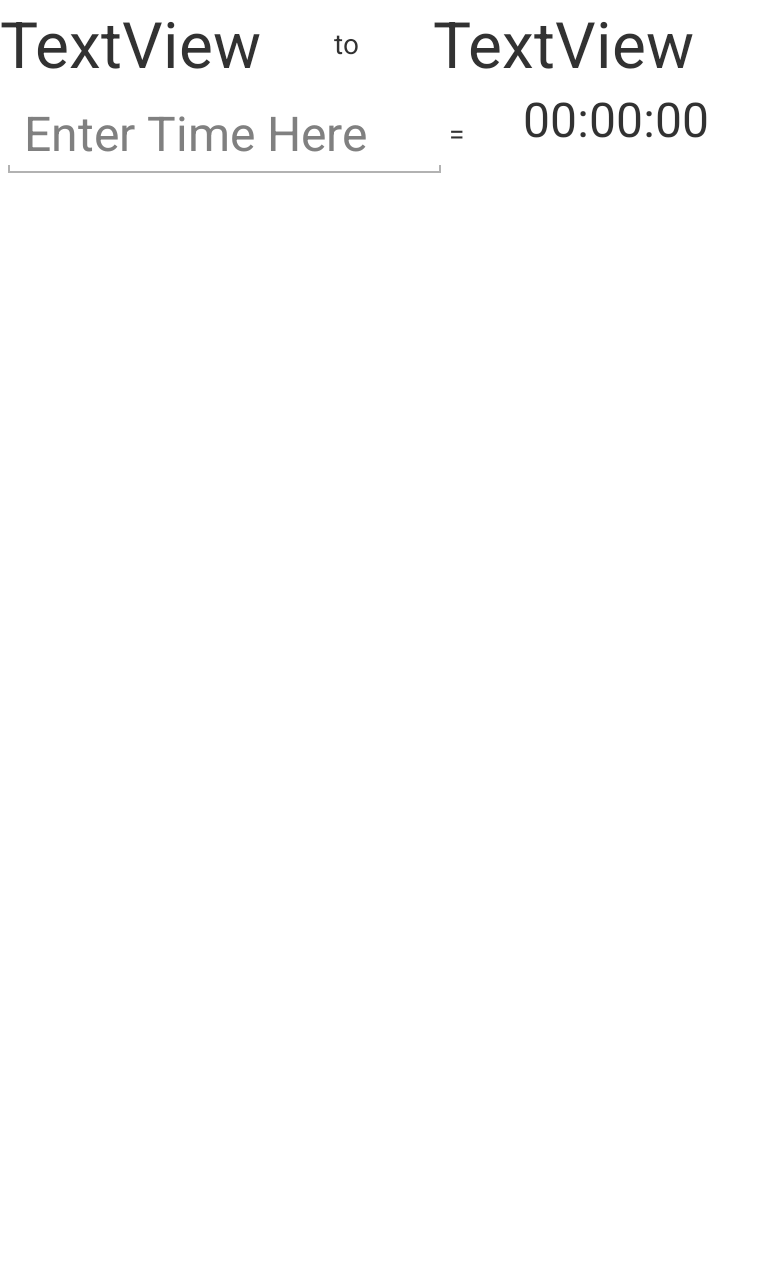
Repository: downinew/AndroidCoachesRaceTimer
Layout: CoachesRaceTimer/res/layout/convert_dialog.xml
The author's editor kept a copy of each file at every save. The layout is drawn from the files as they stood at one save, then again after a run of saves.
It is drawn on a 768 x 1280 px phone screen (xhdpi) without system bars, with theme AppTheme; the app's code is not run.

Above is the layout before, as saved 2015-02-19 02:21:36.

### CoachesRaceTimer/res/layout/convert_dialog.xml
<?xml version="1.0" encoding="utf-8"?>
<LinearLayout xmlns:android="http://schemas.android.com/apk/res/android"
    android:layout_width="match_parent"
    android:layout_height="match_parent"
    android:orientation="vertical" >

    <LinearLayout
        android:layout_width="match_parent"
        android:layout_height="wrap_content"
        android:orientation="horizontal">

        <TextView
            android:id="@+id/convertItem1"
            android:layout_width="wrap_content"
            android:layout_gravity="start"
            android:layout_weight="1"
            android:textSize="32sp"
            android:layout_height="wrap_content"
            android:text="TextView" />

        <TextView
            android:id="@+id/toText"
            android:layout_width="wrap_content"
            android:layout_weight="1"
            android:layout_gravity="center"
            android:layout_height="wrap_content"
            android:text="to" />

        <TextView
            android:id="@+id/convertItem2"
            android:layout_width="wrap_content"
            android:layout_gravity="end"
            android:layout_weight="1"
            android:textSize="32sp"
            android:layout_height="wrap_content"
            android:text="TextView" />

    </LinearLayout>
    <LinearLayout
        android:layout_width="match_parent"
        android:layout_height="wrap_content"
        android:orientation="horizontal">

        <EditText
            android:id="@+id/convertTime1"
            android:layout_width="wrap_content"
            android:layout_gravity="start"
            android:layout_weight="1"
            android:textSize="24sp"
            android:layout_height="wrap_content"
            android:hint="Enter Time Here" />

        <TextView
            android:id="@+id/equalText"
            android:layout_width="wrap_content"
            android:layout_weight="1"
            android:layout_gravity="center"
            android:layout_height="wrap_content"
            android:text="=" />

        <TextView
            android:id="@+id/convertTime2"
            android:layout_width="wrap_content"
            android:layout_gravity="end"
            android:layout_weight="1"
            android:textSize="24sp"
            android:layout_height="wrap_content"
            android:text="00:00:00" />

    </LinearLayout>




</LinearLayout>

Loaded but not shown: CoachesRaceTimer/res/values/styles.xml (common file); CoachesRaceTimer/res/values-v11/styles.xml (common file); CoachesRaceTimer/res/values-v14/styles.xml (common file)

After the next 2 saves:
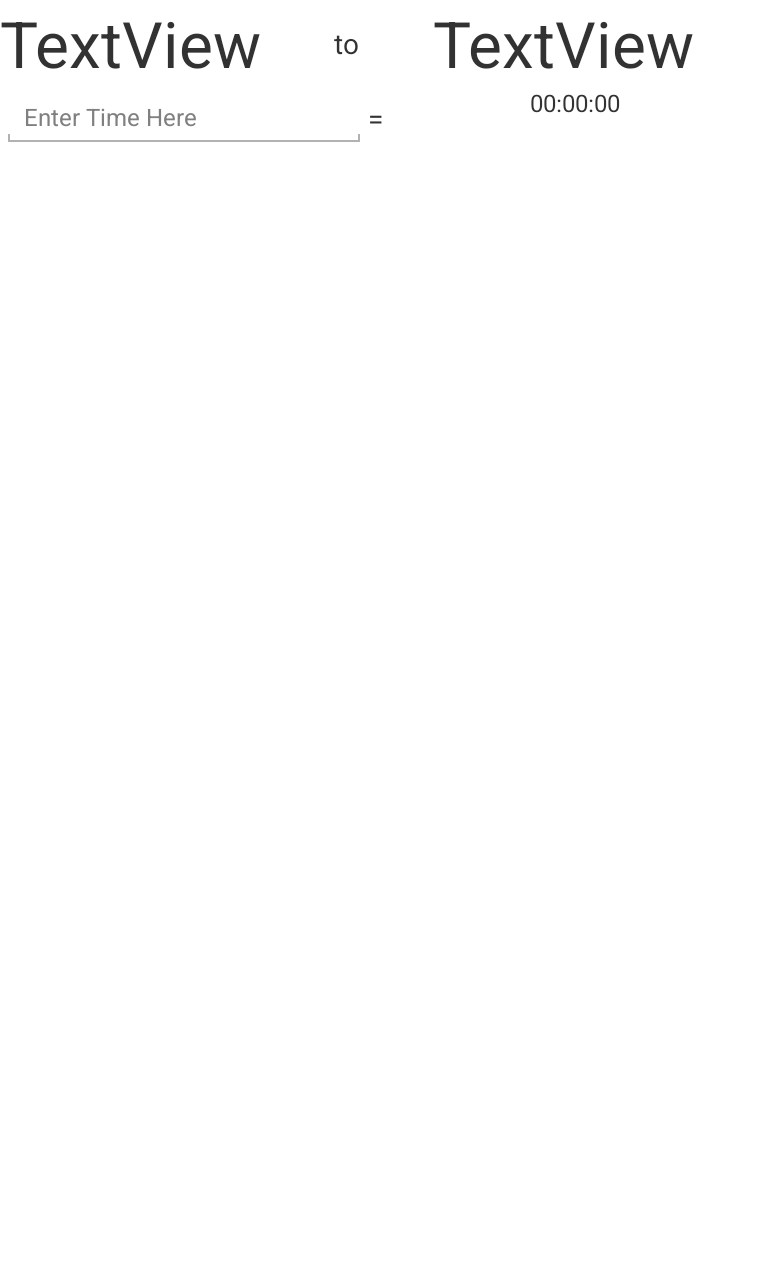
The 2 saves are shown as one change because they came seconds apart.
The last was saved 20 s later.
--- a/CoachesRaceTimer/res/layout/convert_dialog.xml
+++ b/CoachesRaceTimer/res/layout/convert_dialog.xml
@@ -46,7 +46,7 @@
             android:layout_width="wrap_content"
             android:layout_gravity="start"
             android:layout_weight="1"
-            android:textSize="24sp"
+            android:textSize="12sp"
             android:layout_height="wrap_content"
             android:hint="Enter Time Here" />
 
@@ -63,7 +63,7 @@
             android:layout_width="wrap_content"
             android:layout_gravity="end"
             android:layout_weight="1"
-            android:textSize="24sp"
+            android:textSize="12sp"
             android:layout_height="wrap_content"
             android:text="00:00:00" />
 
